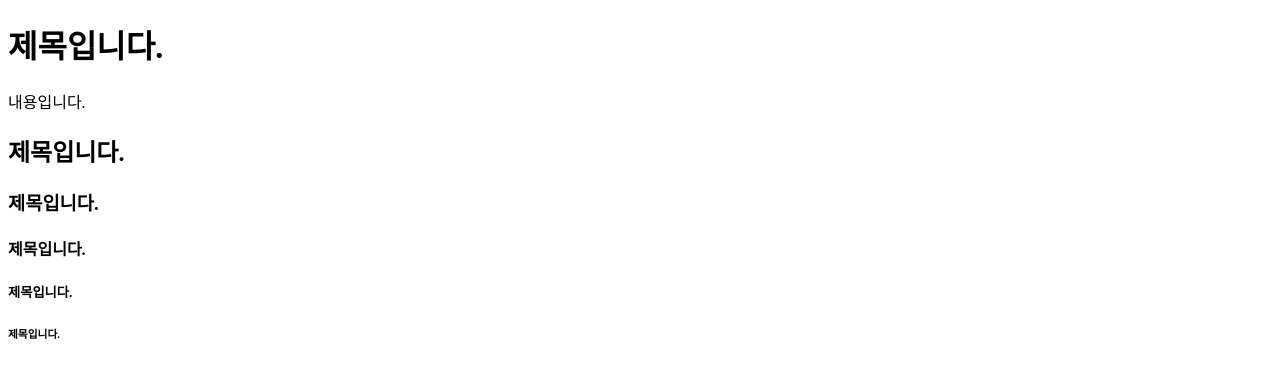
Repository: kmd192kmd/Web
Page: html/HtmlTest/src/main/webapp/ex06_heading.html
These files come from the project's save history. The page is drawn as it stood at one moment and after the next save; the edit follows.
The browser window is 1280 px wide. The pictures show the whole page.

Above is the page before, as saved 2026-02-12 08:36:28.

### html/HtmlTest/src/main/webapp/ex06_heading.html
<!DOCTYPE html>
<html>
<head>
<meta charset="UTF-8">
<title>Insert title here</title>
</head>
<body>
	<!--

		HTML이 할 수 있는 일 = MS-WORD 할 수 있는 일

		<hn>, heading
		- 제목 태그
		- n: 1~6
		- <h1>, <h2>, <h3>, <h4>, <h5>, <h6>
		- 쌍태그, 혼합형
		- 검색 엔진 수집 대상


		h1.align 속성
		- horizontal alignment, (내용물) 수평 정렬

	 -->
	 <h1 align="left">제목입니다.</h1>

	 <div>내용입니다.</div>

	 <h2>제목입니다.</h2>
	 <h3>제목입니다.</h3>
	 <h4>제목입니다.</h4>
	 <h5>제목입니다.</h5>
	 <h6>제목입니다.</h6>
</body>
</html>

After the next save:
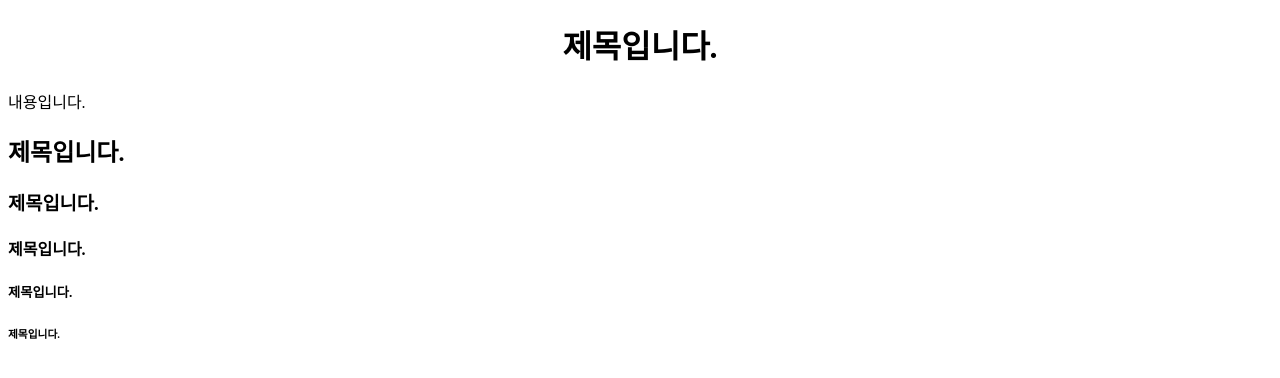
Saved 18 s later.
--- a/html/HtmlTest/src/main/webapp/ex06_heading.html
+++ b/html/HtmlTest/src/main/webapp/ex06_heading.html
@@ -21,7 +21,7 @@
 		- horizontal alignment, (내용물) 수평 정렬
 
 	 -->
-	 <h1 align="left">제목입니다.</h1>
+	 <h1 align="center">제목입니다.</h1>
 
 	 <div>내용입니다.</div>
 
